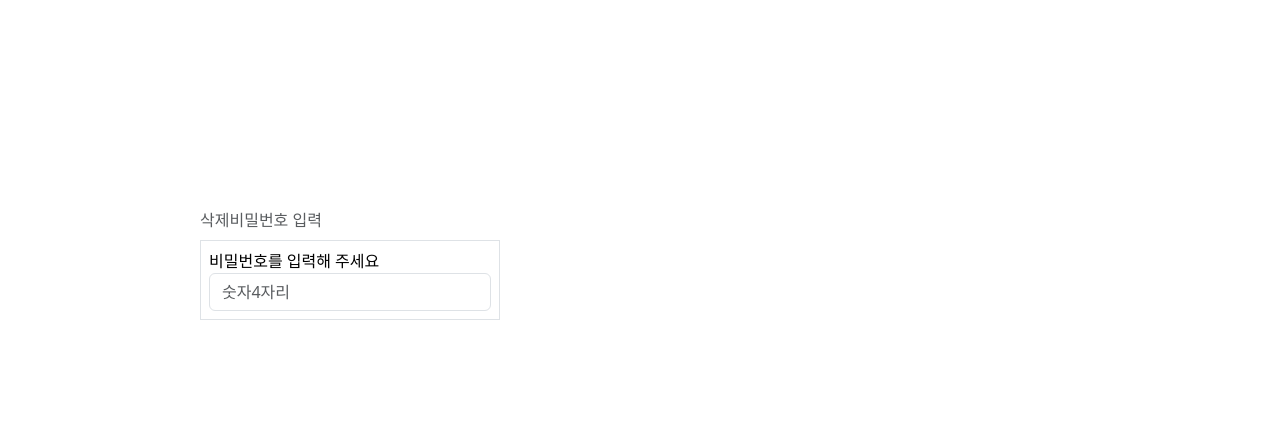
Repository: JunbroGit/SistProject
Page: http://localhost/jsaAjaxProject/uploadboard/deleteForm.jsp
These files come from the project's save history. The page is drawn as it stood at one moment and after the next save; the edit follows.
The browser window is 1280 px wide. The pictures show the whole page.
Some web fonts or font styles are not loaded; a fallback is used. The page is served by Tomcat 9. Other server files are loaded and not shown.

Above is the page before, as saved 2024-03-14 01:25:01.

### jspwork/jsaAjaxProject/src/main/webapp/uploadboard/deleteForm.jsp
<%@ page language="java" contentType="text/html; charset=UTF-8"
    pageEncoding="UTF-8"%>
<!DOCTYPE html>
<html>
<head>
<meta charset="UTF-8">
<link href="https://cdn.jsdelivr.net/npm/bootstrap@5.3.2/dist/css/bootstrap.min.css" rel="stylesheet">
<link href="https://fonts.googleapis.com/css2?family=Dongle&family=Gaegu&family=Nanum+Myeongjo&family=Nanum+Pen+Script&family=Noto+Sans+KR:wght@100..900&display=swap" rel="stylesheet">
<script src="https://code.jquery.com/jquery-3.7.0.js"></script>
<title>Insert title here</title>
</head>
<%
	String num=request.getParameter("num");
%>
<body>
<div style="margin: 200px 200px;">
	<form action="deleteAction">
		<table class="table table-bordered" style="width: 300px;">
			<caption align="top">삭제비밀번호 입력</caption>
			<tr>
				<td>
					비밀번호를 입력해 주세요
					<input type="password" class="form-control" name="pass" required="required" placeholder="숫자4자리">
				</td>
			</tr>
		</table>
	</form>
</div>
</body>
</html>

After the next save:
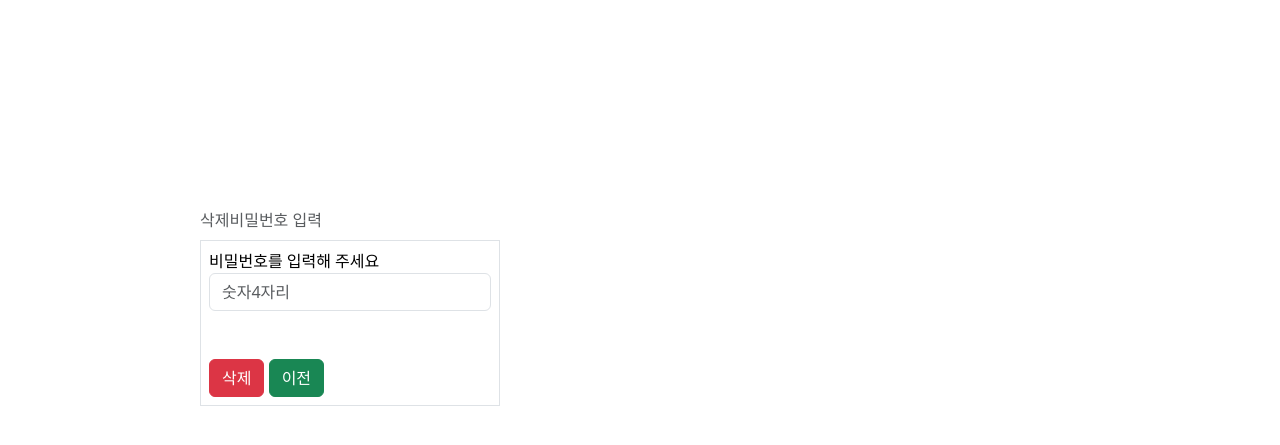
Saved 2 min 37 s later.
--- a/jspwork/jsaAjaxProject/src/main/webapp/uploadboard/deleteForm.jsp
+++ b/jspwork/jsaAjaxProject/src/main/webapp/uploadboard/deleteForm.jsp
@@ -21,6 +21,11 @@
 				<td>
 					비밀번호를 입력해 주세요
 					<input type="password" class="form-control" name="pass" required="required" placeholder="숫자4자리">
+					<input type="hidden" name="num" value="<%=num%>">
+
+					<br><br>
+					<button type="submit" class="btn btn-danger">삭제</button>
+					<button type="button" class="btn btn-success" onclick="histoy.back()">이전</button>
 				</td>
 			</tr>
 		</table>
